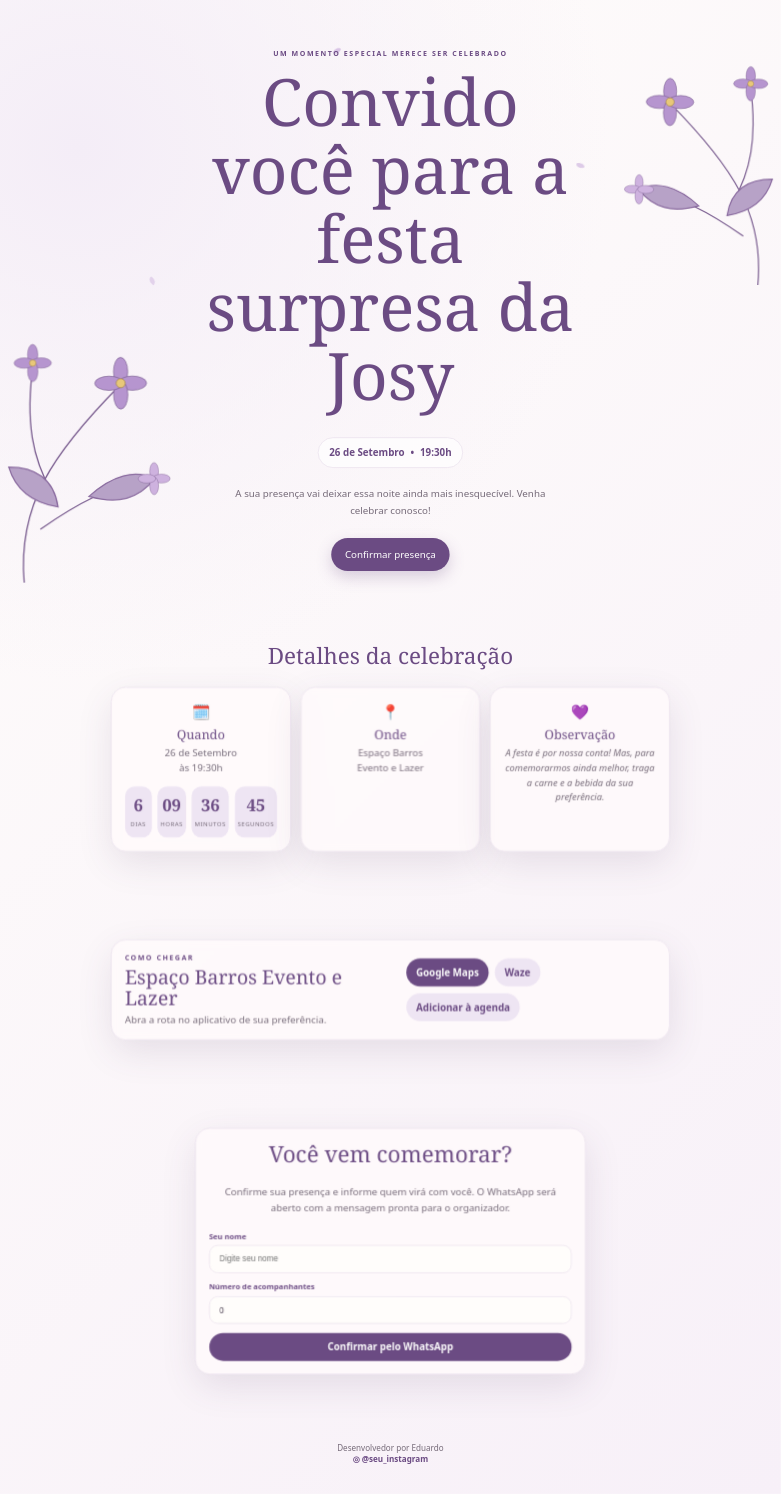
Repository: eduardoXavier360/Convite-de-aniversario
Page: index.html
These files come from the project's save history. The page is drawn as it stood at one moment and after the next save; the edit follows.
The browser window is 1280 px wide. The pictures show the whole page, at 61% of full size.

Above is the page before, as saved 2026-09-20 10:06:25.

After the next save:
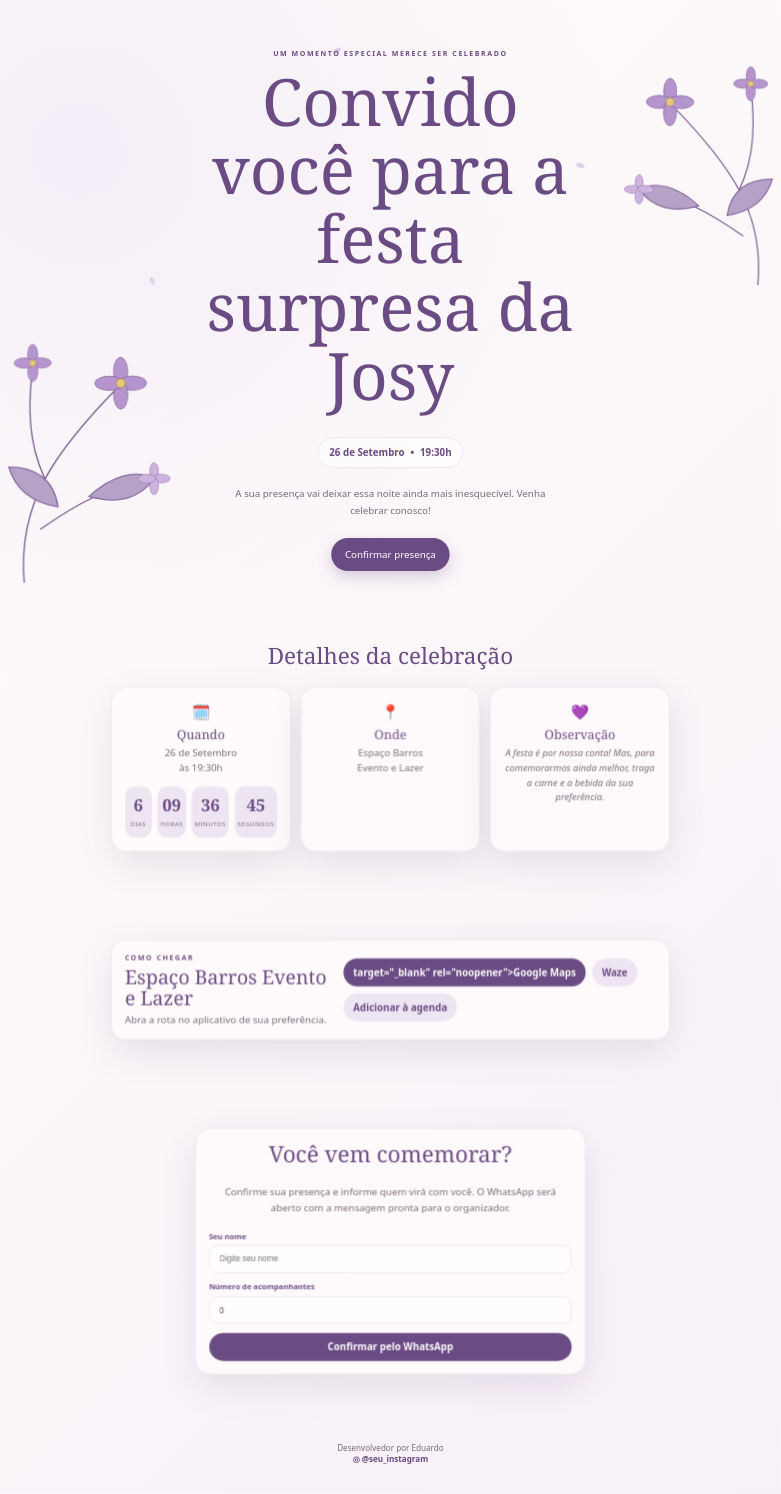
Saved 2 min 56 s later.
--- a/index.html
+++ b/index.html
@@ -549,8 +549,10 @@
                         <h2 style="margin:.5rem 0;font-size:2rem;color:var(--deep)">Espaço Barros Evento e Lazer</h2>
                         <p style="margin:0;color:var(--muted)">Abra a rota no aplicativo de sua preferência.</p>
                     </div>
-                    <div class="button-row"><a class="button primary"
-                            href="https://www.google.com/maps/search/?api=1&query=Espa%C3%A7o+Barros+Evento+e+Lazer"
+                    <div class="button-row"><a class="button primary" <iframe
+                            src="https://www.google.com/maps/embed?pb=!1m14!1m12!1m3!1d744.6239111489955!2d-46.64452806781656!3d-14.103773373571487!2m3!1f0!2f0!3f0!3m2!1i1024!2i768!4f13.1!5e1!3m2!1spt-BR!2sbr!4v1789909748172!5m2!1spt-BR!2sbr"
+                            width="600" height="450" style="border:0;" allowfullscreen="" loading="lazy"
+                            referrerpolicy="strict-origin-when-cross-origin"></iframe>
                             target="_blank" rel="noopener">Google Maps</a><a class="button"
                             href="https://waze.com/ul?q=Espa%C3%A7o%20Barros%20Evento%20e%20Lazer" target="_blank"
                             rel="noopener">Waze</a><a class="button" id="calendar" href="#" target="_blank"

After the 3 saves that followed:
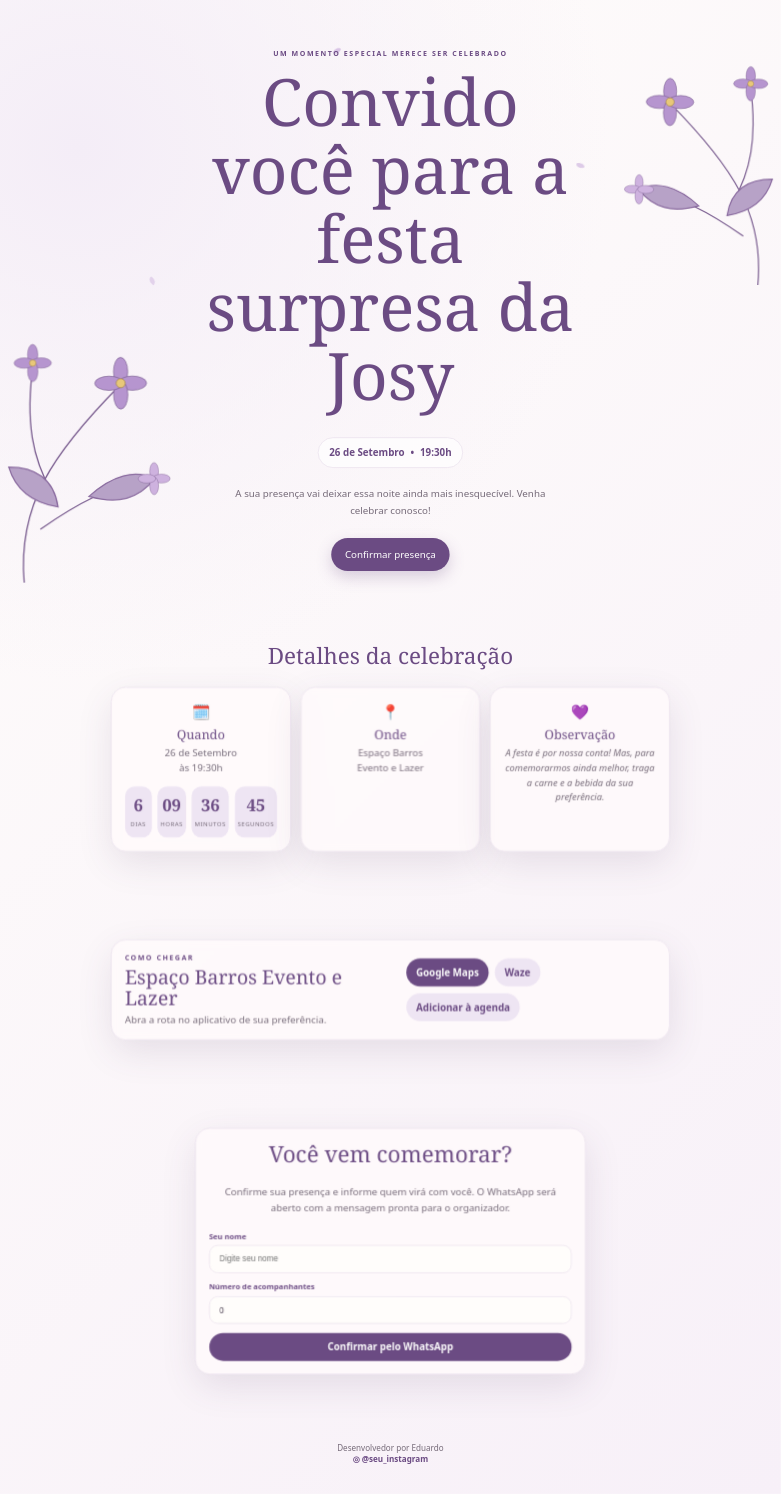
The 3 saves are shown as one change because they came seconds apart.
The last was saved 16 s later.
--- a/index.html
+++ b/index.html
@@ -549,10 +549,8 @@
                         <h2 style="margin:.5rem 0;font-size:2rem;color:var(--deep)">Espaço Barros Evento e Lazer</h2>
                         <p style="margin:0;color:var(--muted)">Abra a rota no aplicativo de sua preferência.</p>
                     </div>
-                    <div class="button-row"><a class="button primary" <iframe
-                            src="https://www.google.com/maps/embed?pb=!1m14!1m12!1m3!1d744.6239111489955!2d-46.64452806781656!3d-14.103773373571487!2m3!1f0!2f0!3f0!3m2!1i1024!2i768!4f13.1!5e1!3m2!1spt-BR!2sbr!4v1789909748172!5m2!1spt-BR!2sbr"
-                            width="600" height="450" style="border:0;" allowfullscreen="" loading="lazy"
-                            referrerpolicy="strict-origin-when-cross-origin"></iframe>
+                    <div class="button-row"><a class="button primary"
+                            href="https://www.google.com/maps/search/?api=1&query=Espa%C3%A7o+Barros+Evento+e+Lazer"
                             target="_blank" rel="noopener">Google Maps</a><a class="button"
                             href="https://waze.com/ul?q=Espa%C3%A7o%20Barros%20Evento%20e%20Lazer" target="_blank"
                             rel="noopener">Waze</a><a class="button" id="calendar" href="#" target="_blank"
